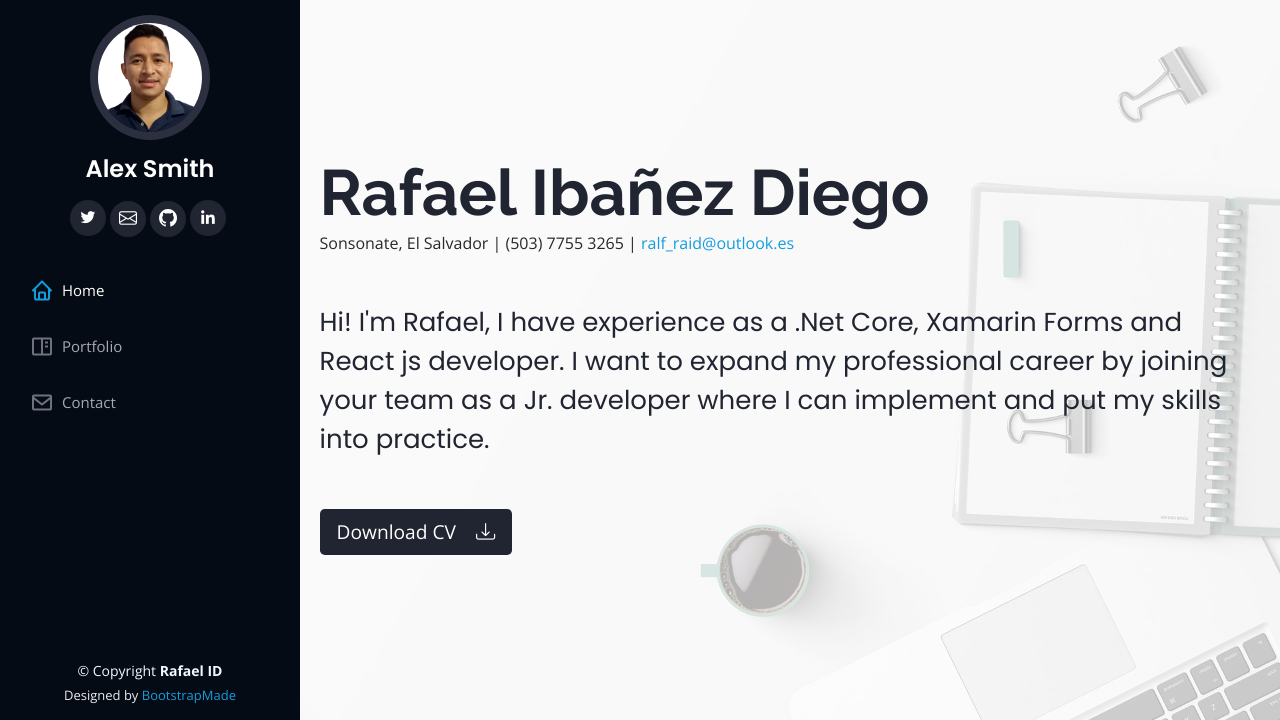
Repository: ralfId/myportfolio
Page: /
An editor plug-in stored every save of this project. The page is shown before and after the next save, followed by the edit.
The browser window is 1280 px wide. The pictures show the whole page.
The project was rebuilt for these pictures with package versions that can differ from the ones it lists, and the page was loaded fresh each time. Also part of the build but not shown: src/data/projects.js, src/components/Projects/ProjectItem.js, src/components/Projects/ProjectIndex.js, src/helpers/ProjectById.js, src/components/Projects/ProjectDetail.js.

Above is the page before, as saved 2021-09-20 18:43:07.

### public/index.html
<!DOCTYPE html>
<html lang="en">

<head>
  <meta charset="utf-8" />
  <link rel="icon" href="%PUBLIC_URL%/favicon.ico" />
  <meta name="viewport" content="width=device-width, initial-scale=1" />
  <meta name="theme-color" content="#000000" />
  <meta name="description" content="Web site created using create-react-app" />
  <link rel="apple-touch-icon" href="%PUBLIC_URL%/logo192.png" />
  <link rel="manifest" href="%PUBLIC_URL%/manifest.json" />

  <!-- Google Fonts -->
  <link
    href="https://fonts.googleapis.com/css?family=Open+Sans:300,300i,400,400i,600,600i,700,700i|Raleway:300,300i,400,400i,500,500i,600,600i,700,700i|Poppins:300,300i,400,400i,500,500i,600,600i,700,700i"
    rel="stylesheet">

  <!-- Vendor CSS Files -->
  <link href="vendor/aos/aos.css" rel="stylesheet">
  <link href="vendor/bootstrap/css/bootstrap.min.css" rel="stylesheet">
  <link href="vendor/bootstrap-icons/bootstrap-icons.css" rel="stylesheet">
  <link href="vendor/boxicons/css/boxicons.min.css" rel="stylesheet">
  <link href="vendor/glightbox/css/glightbox.min.css" rel="stylesheet">
  <link href="vendor/swiper/swiper-bundle.min.css" rel="stylesheet">

  <!-- Template Main CSS File -->
  <link href="css/style.css" rel="stylesheet">
  <title>React App</title>

  <!-- =======================================================
  * Template Name: iPortfolio - v3.3.0
  * Template URL: https://bootstrapmade.com/iportfolio-bootstrap-portfolio-websites-template/
  * Author: BootstrapMade.com
  * License: https://bootstrapmade.com/license/
  ======================================================== -->
</head>

<body>
  <noscript>You need to enable JavaScript to run this app.</noscript>
  <div id="root"></div>
  <!--
      This HTML file is a template.
      If you open it directly in the browser, you will see an empty page.

      You can add webfonts, meta tags, or analytics to this file.
      The build step will place the bundled scripts into the <body> tag.

      To begin the development, run `npm start` or `yarn start`.
      To create a production bundle, use `npm run build` or `yarn build`.
    -->
 <!-- Vendor JS Files -->
 <script src="vendor/aos/aos.js" type="text/javascript"></script>
 <script src="vendor/bootstrap/js/bootstrap.bundle.min.js" type="text/javascript"></script>
 <script src="vendor/glightbox/js/glightbox.min.js" type="text/javascript"></script>
 <script src="vendor/isotope-layout/isotope.pkgd.min.js" type="text/javascript"></script>
 <script src="vendor/php-email-form/validate.js" type="text/javascript"></script>
 <script src="vendor/purecounter/purecounter.js" type="text/javascript"></script>
 <script src="vendor/swiper/swiper-bundle.min.js" type="text/javascript"></script>
 <script src="vendor/typed.js/typed.min.js" type="text/javascript"></script>
 <script src="vendor/waypoints/noframework.waypoints.js" type="text/javascript"></script>

 <!-- Template Main JS File -->
 <script src="js/main.js" type="text/javascript"></script>

</body>

</html>

### src/components/Home.js
import React from 'react'

export const Home = () => {
    return (
        <>
            <section id="hero" className="d-flex flex-column justify-content-center align-items-center">
                <div className="hero-container" data-aos="fade-in">
                   <h1>Rafael Ibañez Diego</h1>
                    <span>
                        Sonsonate, El Salvador | (503) 7755 3265 | <a href="ralf_raid@outlook.es">ralf_raid@outlook.es</a>
                    </span>
                    <br /><br /><br />
                    <p>
                        Hi! I'm Rafael, I have experience as a .Net Core, Xamarin Forms and React js developer.
                        I want to expand my professional career by joining your team as a Jr. developer where
                        I can implement and put my skills into practice.
                    </p>
                    <button className="btn btn-lg">
                        <a href="https://drive.google.com/file/d/1vJaF_GdrEpqvxunoCtHR6NM8FIdySfaQ/view?usp=sharing"  target="_blank" rel="noreferrer">
                            Download CV  &nbsp; &nbsp;
                            <i class="bi bi-download"></i>
                        </a>
                    </button>
                </div>
            </section>
        </>
    )
}

Loaded but not shown: src/index.js (common file); public/vendor/aos/aos.css (library); public/vendor/bootstrap/css/bootstrap.min.css (library); public/vendor/bootstrap-icons/bootstrap-icons.css (library); public/vendor/boxicons/css/boxicons.min.css (library); public/vendor/glightbox/css/glightbox.min.css (library); public/vendor/swiper/swiper-bundle.min.css (library); public/vendor/aos/aos.js (library); public/vendor/bootstrap/js/bootstrap.bundle.min.js (library); public/vendor/glightbox/js/glightbox.min.js (library); public/vendor/isotope-layout/isotope.pkgd.min.js (library); public/vendor/php-email-form/validate.js (common file); public/vendor/purecounter/purecounter.js (library); public/vendor/swiper/swiper-bundle.min.js (library); public/vendor/typed.js/typed.min.js (library); public/vendor/waypoints/noframework.waypoints.js (library); public/js/main.js (267 lines, source omitted); src/components/Nav.js (48 lines, source omitted); src/routers/AppRouter.js (32 lines, source omitted); src/components/Footer.js (16 lines, source omitted); src/Portfolio.js (10 lines, source omitted); public/css/style.css (1154 lines, source omitted)

After the next save:
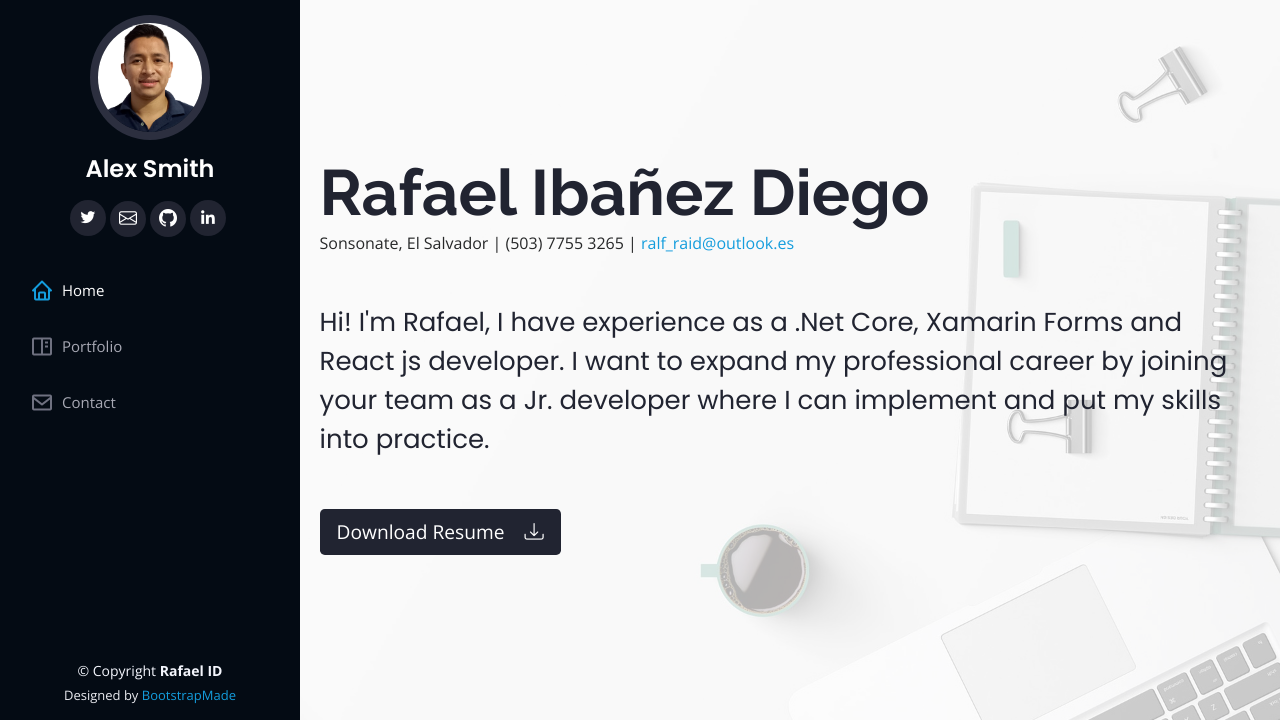
Saved 23 s later.
--- a/src/components/Home.js
+++ b/src/components/Home.js
@@ -17,7 +17,7 @@ export const Home = () => {
                     </p>
                     <button className="btn btn-lg">
                         <a href="https://drive.google.com/file/d/1vJaF_GdrEpqvxunoCtHR6NM8FIdySfaQ/view?usp=sharing"  target="_blank" rel="noreferrer">
-                            Download CV  &nbsp; &nbsp;
+                            Download Resume  &nbsp; &nbsp;
                             <i class="bi bi-download"></i>
                         </a>
                     </button>
